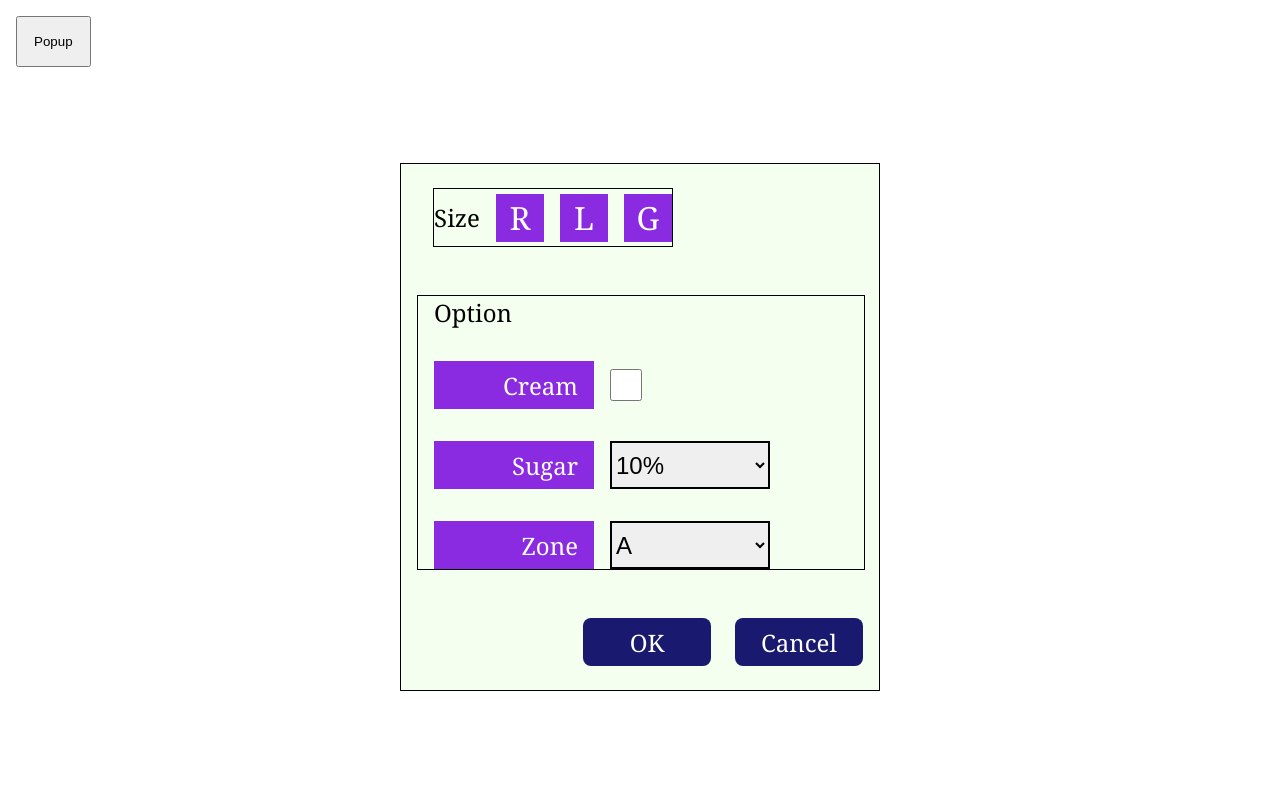
Repository: Dapravith/Midterm-SE-GIC-Cafe-Project-Group16
Page: src/main/resources/templates/PopupDrink.html
The author's editor kept a copy of each file at every save. The page is drawn from the files as they stood at one save, then again after the next save.
The browser window is 1280 px wide. The pictures show the whole page.
Some web fonts or font styles are not loaded; a fallback is used.

Above is the page before, as saved 2023-05-12 14:50:08.

### src/main/resources/templates/PopupDrink.html
<!DOCTYPE html>
<html lang="en">
  <head>
    <meta charset="UTF-8" />
    <meta http-equiv="X-UA-Compatible" content="IE=edge" />
    <meta name="viewport" content="width=device-width, initial-scale=1.0" />
    <title>Popup Drink</title>
    <style>
      @import url("https://fonts.googleapis.com/css2?family=Georgia:wght@300&display=swap");
      * {
        margin: 0;
        padding: 0;
        box-sizing: border-box;
      }

      body {
        font-family: "Georgia", sans-serif;
      }

      button {
        padding: 1rem;
        margin: 1rem 0 0 1rem;
      }

      .main_wrapper {
        height: 100vh;
        display: flex;
        justify-content: center;
        align-items: center;
      }
      .main_wrapper .wrapper_box {
        width: 30rem;
        height: 33rem;
        border: 1px solid black;
        display: flex;
        justify-content: flex-start;
        flex-direction: column;
        background-color: rgb(245, 257, 239);
      }
      .main_wrapper .wrapper_box .size_box {
        width: 15rem;
        height: 8rem;
        margin-top: 1.5rem;
        display: flex;
        justify-content: center;
        align-items: center;
        gap: 1rem;
        border: 1px solid black;
        margin-left: 2rem;
      }
      .main_wrapper .wrapper_box .size_box .size_text {
        font-size: 1.5rem;
      }
      .main_wrapper .wrapper_box .size_box .box {
        width: 3rem;
        height: 3rem;
        background-color: blueviolet;
        display: flex;
        justify-content: center;
        align-items: center;
        font-size: 2rem;
        color: white;
      }
      .main_wrapper .wrapper_box .size_box .box:hover {
        background-color: orange;
      }
      .main_wrapper .wrapper_box .option_box {
        width: 28rem;
        font-size: 1.5rem;
        border: 1px solid black;
        margin-left: 1rem;
        margin-top: 3rem;
        display: flex;
        justify-content: center;
        flex-direction: column;
      }
      .main_wrapper .wrapper_box .option_box .option_text {
        font-size: 1.5rem;
        margin-left: 1rem;
      }
      .main_wrapper .wrapper_box .option_box .box_ {
        width: 10rem;
        height: 3rem;
        background-color: blueviolet;
        color: white;
        display: flex;
        justify-content: flex-end;
        align-items: center;
      }
      .main_wrapper .wrapper_box .option_box .box_ span {
        margin-right: 1rem;
      }
      .main_wrapper .wrapper_box .option_box .row1 {
        margin-left: 1rem;
        display: flex;
        gap: 1rem;
        margin-top: 2rem;
        align-items: center;
      }
      .main_wrapper .wrapper_box .option_box .row1 input {
        width: 2rem;
        height: 3rem;
        border: 2px solid black;
        display: flex;
        align-items: center;
      }
      .main_wrapper .wrapper_box .option_box .row2 {
        display: flex;
        gap: 1rem;
        margin-top: 2rem;
        align-items: center;
        margin-left: 1rem;
      }
      .main_wrapper .wrapper_box .option_box .row2 select {
        width: 10rem;
        height: 3rem;
        border: 2px solid black;
        display: flex;
        justify-content: center;
        align-items: center;
        font-size: 1.5rem;
      }
      .main_wrapper .wrapper_box .option_box .row3 {
        display: flex;
        gap: 1rem;
        margin-top: 2rem;
        align-items: center;
        margin-left: 1rem;
      }
      .main_wrapper .wrapper_box .option_box .row3 select {
        width: 10rem;
        height: 3rem;
        border: 2px solid black;
        display: flex;
        justify-content: center;
        align-items: center;
        font-size: 1.5rem;
      }
      .main_wrapper .wrapper_box .button {
        display: flex;
        justify-content: flex-end;
        gap: 1.5rem;
        margin-top: 3rem;
        margin-right: 1rem;
        margin-bottom: 1.5rem;
      }
      .main_wrapper .wrapper_box .button .ok_button {
        width: 8rem;
        height: 3rem;
        font-size: 1.5rem;
        color: white;
        background-color: rgb(25, 25, 112);
        display: flex;
        justify-content: center;
        align-items: center;
        border-radius: 8px;
        transition: 1s;
      }
      .main_wrapper .wrapper_box .button .ok_button:hover {
        transform: scale(1.1);
        color: yellow;
      }
      .main_wrapper .wrapper_box .button .cancel_button {
        width: 8rem;
        height: 3rem;
        font-size: 1.5rem;
        color: white;
        background-color: rgb(25, 25, 112);
        display: flex;
        justify-content: center;
        align-items: center;
        border-radius: 8px;
        transition: 1s;
      }
      .main_wrapper .wrapper_box .button .cancel_button:hover {
        transform: scale(1.1);
        color: yellow;
      }
    </style>
  </head>
  <body>
    <button>Popup</button>
    <div class="main_wrapper">
      <div class="wrapper_box">
        <div class="size_box">
          <div class="size_text">
            <span>Size</span>
          </div>
          <div class="box R">
            <span>R</span>
          </div>
          <div class="box L">
            <span>L</span>
          </div>
          <div class="box G">
            <span>G</span>
          </div>
        </div>
        <div class="option_box">
          <div class="option_text">
            <span>Option</span>
          </div>
          <div class="row1">
            <div class="box_ cream">
              <span>Cream</span>
            </div>
            <div class="box_tick">
              <input type="checkbox" />
            </div>
          </div>
          <div class="row2">
            <div class="box_ sugar">
              <span>Sugar</span>
            </div>
            <!-- <label for="sugar"></label> -->
            <select name="sugar" id="">
              <option value="">10%</option>
              <option value="">20%</option>
              <option value="">30%</option>
              <option value="">40%</option>
              <option value="">50%</option>
              <option value="">60%</option>
              <option value="">70%</option>
              <option value="">80%</option>
              <option value="">90%</option>
              <option value="">100%</option>
            </select>
          </div>
          <div class="row3">
            <div class="box_ zone">
              <span>Zone</span>
            </div>
            <select name="Zone" id="">
              <option value="">A</option>
              <option value="">B</option>
              <option value="">C</option>
              <option value="">D</option>
              <option value="">E</option>
              <option value="">F</option>
            </select>
          </div>
        </div>
        <div class="button">
          <div class="ok_button">
            <span>OK</span>
          </div>
          <div class="cancel_button">
            <span>Cancel</span>
          </div>
        </div>
      </div>
    </div>
  </body>
</html>

After the next save:
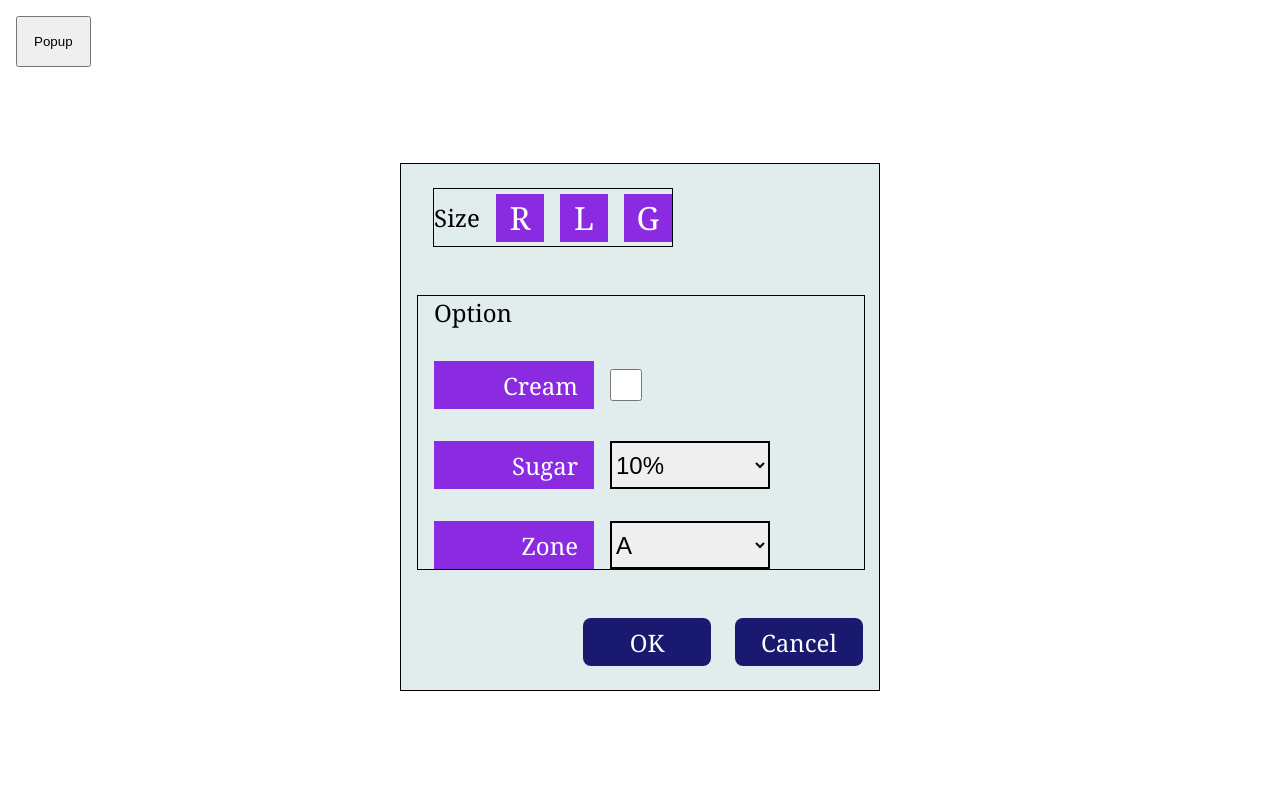
Saved 22 s later.
--- a/src/main/resources/templates/PopupDrink.html
+++ b/src/main/resources/templates/PopupDrink.html
@@ -35,7 +35,7 @@
         display: flex;
         justify-content: flex-start;
         flex-direction: column;
-        background-color: rgb(245, 257, 239);
+        background-color: rgb(225, 237, 237);
       }
       .main_wrapper .wrapper_box .size_box {
         width: 15rem;
